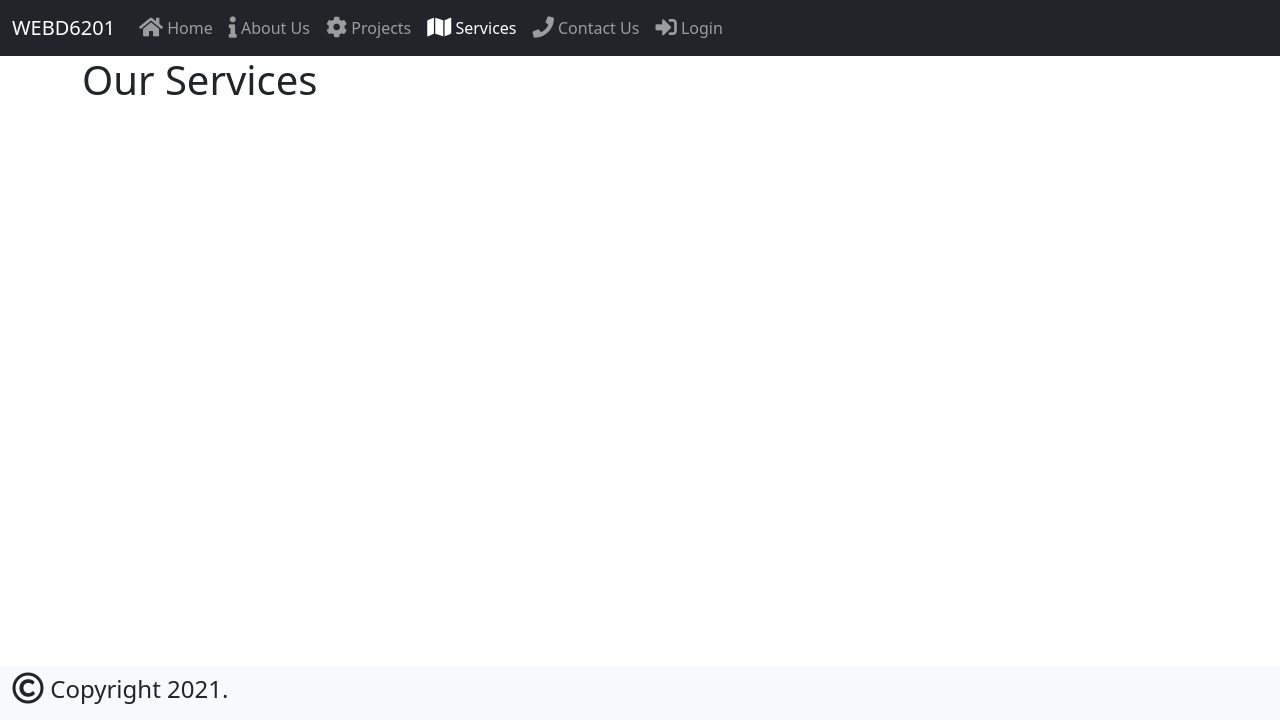
Repository: GarlicButterBoy/WEBD6201-ICE06
Page: services.html
The author's editor kept a copy of each file at every save. The page is drawn from the files as they stood at one save, then again after the next save.
The browser window is 1280 px wide. The pictures show the whole page.

Above is the page before, as saved 2021-03-03 09:00:48.

### services.html
<!DOCTYPE html>
<html lang="en">
<head>
    <meta charset="UTF-8">
    <meta name="viewport" content="width=device-width, initial-scale=1.0">
    <title>Services</title>
    <!-- CSS Section -->
    <link rel="stylesheet" href="./node_modules/bootstrap/dist/css/bootstrap.min.css">
    <link rel="stylesheet" href="./node_modules/@fortawesome/fontawesome-free/css/all.min.css">
    <link rel="stylesheet" href="./Content/app.css">
</head>
<body>
    <!-- Main Header -->
    <header>
        <!-- Main Navigation -->
        <nav class="navbar navbar-expand-lg navbar-dark bg-dark">
            <div class="container-fluid">
              <a class="navbar-brand" href="index.html">WEBD6201</a>
              <button class="navbar-toggler" type="button" data-bs-toggle="collapse" data-bs-target="#navbarSupportedContent" aria-controls="navbarSupportedContent" aria-expanded="false" aria-label="Toggle navigation">
                <span class="navbar-toggler-icon"></span>
              </button>
              <div class="collapse navbar-collapse" id="navbarSupportedContent">
                <ul class="navbar-nav me-auto mb-2 mb-lg-0">
                  <li class="nav-item">
                    <a class="nav-link" aria-current="page" href="index.html"><i class="fas fa-home fa-lg"></i> Home</a>
                  </li>

                  <li class="nav-item">
                    <a class="nav-link" aria-current="page" href="about.html"><i class="fas fa-info fa-lg"></i> About Us</a>
                  </li>

                  <li class="nav-item">
                    <a class="nav-link" aria-current="page" href="projects.html"><i class="fas fa-cog fa-lg"></i> Projects</a>
                  </li>

                  <li class="nav-item">
                    <a class="nav-link active" aria-current="page" href="services.html"><i class="fas fa-map fa-lg"></i> Services</a>
                  </li>

                  <li class="nav-item">
                    <a class="nav-link" aria-current="page" href="contact.html"><i class="fas fa-phone fa-lg"></i> Contact Us</a>
                  </li>
                  <li id="login" class="nav-item">
                    <a class="nav-link" aria-current="page" href="login.html"><i class="fas fa-sign-in-alt fa-lg"></i> Login</a>
                  </li>
                </ul>
              </div>
            </div>
          </nav>
    </header>

    <!-- Main Content -->
    <main class="container">
        <h1>Our Services</h1>
    </main>

    <!-- Main Footer -->
    <footer>
        <nav class="navbar fixed-bottom navbar-light bg-light">
            <div class="container-fluid">
              <h4><i class="far fa-copyright fa-lg"></i> Copyright 2021.</h4>
            </div>
          </nav>
    </footer>

    <!-- Script Section-->
    <script src="./node_modules/jquery/dist/jquery.min.js"></script>
    <script src="./node_modules/bootstrap/dist/js/bootstrap.bundle.min.js"></script>
    <script src="./Scripts/namespace.js"></script>
    <script src="./Scripts/user.js"></script>
    <script src="./Scripts/app.js"></script>
</body>
</html>

### Content/app.css
/* custom css goes here */
.input-group-addon:first-child
{
    border-right: 0;
}

.input-group-addon
{
    padding: 6px 12px;
    font-size: 14px;
    font-weight: 400;
    line-height: 1;
    text-align: center;
    border: 1px solid darkgrey;
    border-radius: 4xpx;
}

.input-group-addon .fa
{
    font-size: 18px;
}

.input-group .form-control
{
    position:relative;
    z-index: 2;
    float:left;
    width: 100%;
    margin-bottom: 0;
}

.input-group .form-control:last-child
{
    border-top-left-radius: 0;
    border-bottom-left-radius: 0;
}



.login
{
    padding: 2rem 1rem;
    margin-bottom: 2rem;
    background-color: lightgrey;
    border-radius: .3rem;
}

.login input
{
    background-color: white;
    border-color: darkgrey;
    border-radius: .4em;
    width: 100%;
}

### Scripts/namespace.js

//namespace core
let core;

### Scripts/user.js
"use strict";
// User Class

((core)=>
{
  class User
  {
    // getters and setters
    get DisplayName()
    {
      return this.m_displayName;
    }

    set DisplayName(value)
    {
      this.m_displayName = value;
    }

    get EmailAddress()
    {
      return this.m_emailAddress;
    }

    set EmailAddress(value)
    {
      this.m_emailAddress = value;
    }

    get Username()
    {
      return this.m_username;
    }

    set Username(value)
    {
      this.m_username = value;
    }

    get Password()
    {
      return this.m_password;
    }

    set Password(value)
    {
      this.m_password = value;
    }

    // constructor

    /**
     * Creates an instance of User.
     * @param {string} [displayName=""]
     * @param {string} [emailAddress=""]
     * @param {string} [username=""]
     * @param {string} [password=""]
     */
    constructor(displayName = "", emailAddress = "", username = "", password="")
    {
      this.DisplayName = displayName;
      this.EmailAddress = emailAddress;
      this.Username = username;
      this.Password = password;
    }

    // methods

    /**
     * This method overrides the built-in toString method for the User class
     *
     * @returns {string}
     */
    toString()
    {
      return `Display Name     : ${this.DisplayName} \nEmail Address : ${this.EmailAddress} \nUsername : ${this.Username}`;
    }

    /**
     * This method returns a JSON object made up of the properties of the User class
     *
     * @returns {Object}
     */
    toJSON()
    {
      return {
        "DisplayName": this.DisplayName,
        "EmailAddress": this.EmailAddress,
        "Username": this.Username
      }
    }

    /**
     * This method takes a JSON data object and assigns the values to the User class properties
     *
     * @param {Object} data
     */
    fromJSON(data)
    {
      this.DisplayName = data.DisplayName;
      this.EmailAddress = data.EmailAddress;
      this.Username = data.Username;
      this.Password = data.Password;
    }

    /**
     * This method converts the User into a comma-separated value string
     *
     * @returns {string}
     */
    serialize()
    {
      if(this.DisplayName !== "" && this.EmailAddress !== "" && this.Username !== "")
      {
        return `${this.DisplayName},${this.EmailAddress},${this.Username}`;
      }
      else
      {
        console.error("One or more properties of the User is empty");
        return null;
      }
    }

    /**
     * This method takes a comma-separated data string and assigns the values to the User class properties
     *
     * @param {string} data
     * @return {void}
     */
    deserialize(data)
    {
      let propertyArray = data.split(",");
      this.DisplayName = propertyArray[0];
      this.EmailAddress = propertyArray[1];
      this.Username = propertyArray[2];
    }
  }

  core.User = User;

})(core || (core={}));

### Scripts/app.js
/* custom JavaScript goes here */

//IIFE - Immediately Invoked Function Expression
//AKA - Anonymous Self-Executing Function
//Closure - limits scope leak

"use strict";

((core) =>
{
    /**
     * Inject the nav bar into the header element and highlight active link based on pageName param
     * @param {string} pageName
     */
    function loadHeader(pageName)
    {
      //inject Header
      $.get("./Views/components/header.html", function(data)
        {
          $("header").html(data); //load the nav bar
          //highlight active link
          $(`#${pageName}`).addClass("active");
        });
    }
    /**
     * @param   {string}
     * @returns {void}
     */
    function loadContent(pageName)
    {
      //inject content
      $.get(`./Views/components/${pageName}`, function(data)
      {


       $("main").html(data);

      });
    }

    function loadFooter()
    {
      //inject footer
      $.get("./Views/components/footer.html", function(data)
      {
        $("footer").html(data);
      });
    }

    function displayHome()
    {
      loadHeader("home");
      loadContent("home");
      loadFooter();
    }

    function displayAbout()
    {

    }

    function displayProjects()
    {

    }

    function displayServices()
    {

    }

    function displayContact()
    {
        TestFullName();
        TestContactNumber();
        TestEmailAddress();

        //let fullName = document.getElementById("fullName");
        //fullName.addEventListener("blur", function() {});

        $("#sendButton").on("click", (event)=>
        {
          if ($("#subscribeCheckbox")[0].checked)
          {
            let contact = new core.Contact(fullName.value, contactNumber.value, emailAddress.value);
            if(contact.serialize()) //checking if the serialized object exists
            {
              let key = contact.FullName.substring(0, 1) + Date.now();

              localStorage.setItem(key, contact.serialize());
            }
          }
        });


    }
    function displayContactList()
    {
      /*
      //Step 1: Create an XHR Object
      let XHR = new XMLHttpRequest();

      //Step 2: Open the connection to file/url
      XHR.open("GET", "./Data/contacts.json");

      //Step 3: Send request to the server
      XHR.send();

      //Step 4: Listen for a response
      XHR.addEventListener("readystatechange", function()
      {
        let contactData = "";
        //Step 5: Ensure the server is ready and there are no errors
        if (XHR.readyState === 4 && XHR.status === 200)
        {
          let contacts = JSON.parse(XHR.responseText).contacts;


          let contactIndex = 0;

          //Step 6: Do something with the data
          for (const contact of contacts)
          {

            let newContact = new core.Contact();
            newContact.fromJSON(contact);

            contactData += `<tr>
                    <th scope="row">${contactIndex}</th>
                    <td>${newContact.FullName}</td>
                    <td>${newContact.ContactNumber}</td>
                    <td>${newContact.EmailAddress}</td>
                    <td class="text-center"><button class="btn btn-primary btn-sm edit" value="${contactIndex}"><i class="fas fa-sm fa-edit"></i> Edit</button></td>
                    <td class="text-center"><button class="btn btn-warning btn-sm delete" value="${contactIndex}"><i class="fas fa-sm fa-trash-alt"></i> Delete</button></td>
                    </tr>`;
            contactIndex++;
          }
          //console.log(JSON.parse(XHR.responseText));


        }

      });
      */


      $("#contactListLink").attr("class", "nav-link active");

      //if the user is already logged in
    if (!sessionStorage.getItem("user"))
    {
      //redirect to the secure area
      location.href = "login.html";
    }



      if(localStorage.length > 0)
      {

        //document.getElementById("#contactListLink").setAttribute("class", "nav-link active");

        let contactList = document.getElementById("contactList");

        let data = "";
        let keys = Object.keys(localStorage);

        let index = 1;

        for (const key of keys)
        {
          console.log(key);
          let contactData = localStorage.getItem((key).toString());

          console.log(contactData);

          let contact = new core.Contact();
          contact.deserialize(contactData);

          data += `<tr>
                  <th scope="row">${index}</th>
                  <td>${contact.FullName}</td>
                  <td>${contact.ContactNumber}</td>
                  <td>${contact.EmailAddress}</td>
                  <td class="text-center"><button class="btn btn-primary btn-sm edit" value="${key}"><i class="fas fa-sm fa-edit"></i> Edit</button></td>
                  <td class="text-center"><button class="btn btn-warning btn-sm delete" value="${key}"><i class="fas fa-sm fa-trash-alt"></i> Delete</button></td>
                  </tr>`;
          index++;
        }

        contactList.innerHTML = data;
        //TODO: Create an Edit page
        $("button.edit").on("click", function()
        {
          location.href = "edit.html#" + $(this).val();
        });


        $("button.delete").on("click", function()
        {
          if(confirm("Are you sure?"))
          {
            localStorage.removeItem($(this).val());
          }
          location.href = "contact-list.html";
        });

        $("#addButton").on("click", function()
        {
          location.href = "edit.html";
        })
      }


    }
    function displayEdit()
    {

      let key = location.hash.substring(1);

      let contact = new core.Contact();

      //Simple check to ensure the key is not empty
      if(key != "")
      {
        //get contact info from localStorage
        contact.deserialize(localStorage.getItem(key));
        //Display contact info
        $("#fullName").val(contact.FullName);
        $("#contactNumber").val(contact.ContactNumber);
        $("#emailAddress").val(contact.EmailAddress);
      }
      else
      {
        //modify the page so its an add, not an edit
        $("main>h1").text("Add Contact");
        $("#editButton").html(`<i class="fas fa-plus-square fa-lg"></i> Add`)

      }

      TestFullName();
      TestContactNumber();
      TestEmailAddress();

      //Edit Button
      $("#editButton").one("click", function()
      {

        if (document.forms[0].checkValidity())
        {
          //If key is empty, make new one
        if (key == "")
        {
          key = contact.FullName.substring(0, 1) + Date.now();
        }

        //Update the contact info using the newly typed data
        contact.FullName = $("#fullName").val();
        contact.ContactNumber = $("#contactNumber").val();
        contact.EmailAddress = $("#emailAddress").val();

        //Update localStorage
        localStorage.setItem(key, contact.serialize());
         //Navigate back to the contact-list.html
         location.href = "contact-list.html";
        }

      });
      //Cancel Button
      $("#cancelButton").on("click", function()
      {
        //return to contact-list.html
        location.href = "contact-list.html";
      });

    }

    function TestContactNumber()
    {
      let messageArea = $("#messageArea");
      let contactNumberPattern = /^(\+\d{1,2}\s)?\(?\d{3}\)?[\s.-]\d{3}[\s.-]\d{4}$/;
      // form validation
      $("#contactNumber").on("blur", function()
      {


        if(!contactNumberPattern.test($(this).val()))
          {
              //JQuery example of the lines below
             $(this).trigger("focus").trigger("select");
             messageArea.show().addClass("alert alert-danger").text("Please enter a valid phone number.");
          }
          else
          {
             //JQuery example of the line below
              messageArea.removeAttr("class").hide();
             //messageArea.hidden = true;
             //messageArea.removeAttribute("class");
          }
      });
    }

    function TestEmailAddress()
    {
      let messageArea = $("#messageArea");
      let emailAddressPattern = /^([a-zA-Z0-9._%-]+@[a-zA-Z0-9.-]+\.[a-zA-Z]{2,6})*$/;
      // form validation
      $("#emailAddress").on("blur", function()
      {


        if(!emailAddressPattern.test($(this).val()))
          {
              //JQuery example of the lines below
             $(this).trigger("focus").trigger("select");
             messageArea.show().addClass("alert alert-danger").text("Please enter a valid email address.");
          }
          else
          {
             //JQuery example of the line below
              messageArea.removeAttr("class").hide();
             //messageArea.hidden = true;
             //messageArea.removeAttribute("class");
          }
      });
    }

    function TestFullName()
    {
      //This is the same as below
      let messageArea = $("#messageArea").hide();
      let fullNamePattern = /([A-Z][a-z]{1,25})+(\s|,|-)([A-Z][a-z]{1,25})+(\s|,|-)*/;
      // form validation
      $("#fullName").on("blur", function()
      {


        if(!fullNamePattern.test($(this).val()))
          {
              //JQuery example of the lines below
             $(this).trigger("focus").trigger("select");
             messageArea.show().addClass("alert alert-danger").text("Please enter a valid Full Name. Must have a first and last name, starting with capital letters.");
          }
          else
          {
             //JQuery example of the line below
              messageArea.removeAttr("class").hide();
             //messageArea.hidden = true;
             //messageArea.removeAttribute("class");
          }
      });
  }

  function displayLogin()
  {


    let messageArea = $("#messageArea");
    messageArea.hide();

    $("#loginButton").on("click", function()
    {
      let messageArea = $("#messageArea");
      messageArea.hide();

      $("#loginButton").on("click", function()
      {
        let username = $("#username");
        let password = $("#password");
        let success = false;
        let newUser = new core.User();

        // use ajax to access the json file
        $.get("./Data/users.json", function(data)
        {
          // check each user in the users.json file  (linear search)
          for (const user of data.users)
          {
            if(username.val() == user.Username && password.val() == user.Password)
            {
              newUser.fromJSON(user);
              success = true;
              break;
            }
          }

          // if username and password matches - success... then perform login
          if(success)
          {
            // add user to session storage
            sessionStorage.setItem("user", newUser.serialize());

            // hide any error message
            messageArea.removeAttr("class").hide();

            // redirect user to secure area - contact-list.html
            location.href = "contact-list.html";
          }
          else
          {
            // display an error message
            username.trigger("focus").trigger("select");
            messageArea.show().addClass("alert alert-danger").text("Error: Invalid login information");
          }
        });
      });

      $("#cancelButton").on("click", function()
      {
        // clear the login form
        document.forms[0].reset();
        // return to the home page
        location.href = "index.html";
      });

    });

    //Cancel Button
    $("#cancelButton").on("click", function()
    {
      //clear the login form
      document.forms[0].reset();

      //return to contact-list.html
      location.href = "index.html";
    });


  }

  function displayRegister()
  {

  }

  function toggleLogin()
  {

    if(sessionStorage.getItem("user"))
    {
      $("#login").html(
        `<a id="logout" class="nav-link" aria-current="page" href="#"><i class="fas fa-sign-out-alt"></i> Logout</a>`
      );

      $("#logout").on("click", function() {
        //perform logout
        sessionStorage.clear();
        //redirect to login
        location.href = "login.html";
      });

      $(
        `<li  class="nav-item">
         <a id="contactListLink" class="nav-link" aria-current="page" href="contact-list.html"><i class="fas fa-users fa-lg"></i> Contact List</a>
         </li>`
        ).insertBefore("#login");
    }


  }

    function Start()
    {
        console.log("App Started...");




        switch (document.title)
        {
          case "Home":
              displayHome();
            break;
          case "About":
              displayAbout();
            break;
          case "Projects":
              displayProjects();
            break;
          case "Services":
              displayServices();
            break;
          case "Contact":
              displayContact();
            break;
          case "Contact-List":

              displayContactList();
              break;
          case "Edit":
              displayEdit();
            break;
          case "Login":
              displayLogin();
            break;
          case "Register":
              displayRegister();
            break;
        }
        //Toggle login/logout
        toggleLogin();


    }

    window.addEventListener("load", Start);

    core.Start = Start;


})  (core || (core={}));

Loaded but not shown: node_modules/bootstrap/dist/css/bootstrap.min.css (library); node_modules/@fortawesome/fontawesome-free/css/all.min.css (library); node_modules/jquery/dist/jquery.min.js (library); node_modules/bootstrap/dist/js/bootstrap.bundle.min.js (library)

After the next save:
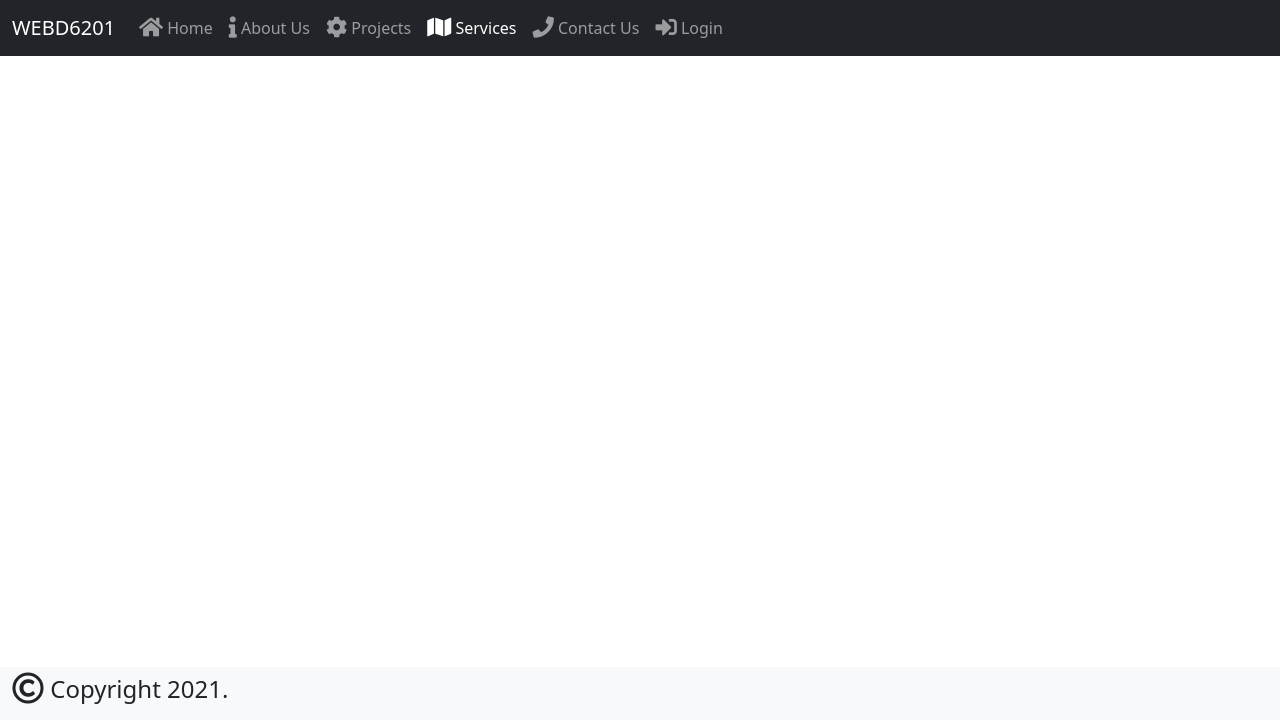
Saved 30 s later.
--- a/services.html
+++ b/services.html
@@ -51,7 +51,7 @@
 
     <!-- Main Content -->
     <main class="container">
-        <h1>Our Services</h1>
+
     </main>
 
     <!-- Main Footer -->
